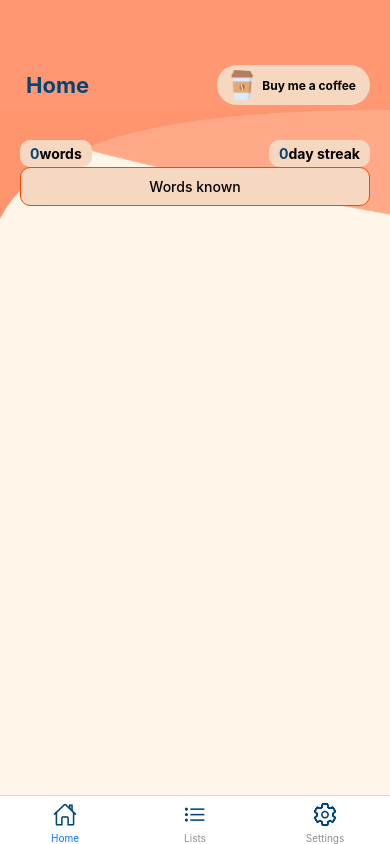
Repository: David-Waite/SpellingApp
Screen: /
An editor plug-in stored every save of this project. The screen is shown before and after the next save, followed by the edit.
The app was drawn by React Native's web renderer in a window 390 px wide. The project was rebuilt for these pictures with package versions that can differ from the ones it lists, and the page was loaded fresh each time. Also part of the build but not shown: screens/Settings.js, screens/SpellWord.js, screens/WordsLearnt.js, screens/WordListOverview.js, screens/WordLists.js, screens/Donate.js.

Above is the screen before, as saved 2023-06-22 22:24:27.

### App.js
import { NavigationContainer } from "@react-navigation/native";
import { StatusBar } from "expo-status-bar";
import { StyleSheet } from "react-native";
import { Ionicons } from "@expo/vector-icons";

import Home from "./screens/Home";
import Settings from "./screens/Settings";
import SpellWord from "./screens/SpellWord";
import WordsLearnt from "./screens/WordsLearnt";
import WordListOverview from "./screens/WordListOverview";
import WordLists from "./screens/WordLists";
import Donate from "./screens/Donate";

import { createStackNavigator } from "@react-navigation/stack";
import { createBottomTabNavigator } from "@react-navigation/bottom-tabs";
import { GlobalStyles } from "./constants/styles";

import CoffeeBtn from "./components/ui/CoffeeBtn";

const BottomTabs = createBottomTabNavigator();
const Stack = createStackNavigator();

function BottomTabsScreens() {
  return (
    <BottomTabs.Navigator>
      <BottomTabs.Screen
        name="Home"
        component={Home}
        headerShadowVisible={false}
        options={({ navigation }) => ({
          headerRight: () => (
            <CoffeeBtn
              onPress={() => {
                navigation.navigate("Donate");
              }}
            />
          ),
          title: "Home",
          tabBarLabel: "Home",
          headerTitleAlign: "left",
          headerShadowVisible: false,
          headerTitleStyle: {
            color: GlobalStyles.colors.accent500,
            fontSize: 22,
            marginLeft: 10,
            fontWeight: 700,
            marginBottom: -60,
          },
          headerStyle: {
            backgroundColor: GlobalStyles.colors.primary400,
            height: 110,
          },

          tabBarIcon: ({ color, size }) => (
            <Ionicons
              name="home-outline"
              size={size}
              color={GlobalStyles.colors.accent500}
            />
          ),
        })}
      />
      <BottomTabs.Screen
        name="WordLists"
        component={WordLists}
        options={{
          title: "Word Lists",
          tabBarLabel: "Lists",
          tabBarIcon: ({ color, size }) => (
            <Ionicons
              name="list-outline"
              size={size}
              color={GlobalStyles.colors.accent500}
            />
          ),
        }}
      />
      <BottomTabs.Screen
        name="Settings"
        component={Settings}
        options={{
          title: "Settings",
          tabBarLabel: "Settings",
          tabBarIcon: ({ color, size }) => (
            <Ionicons
              name="settings-outline"
              size={size}
              color={GlobalStyles.colors.accent500}
            />
          ),
        }}
      />
    </BottomTabs.Navigator>
  );
}
export default function App() {
  return (
    <>
      <StatusBar style="light" />
      <NavigationContainer>
        <Stack.Navigator>
          <Stack.Screen
            name="BottomTabsScreen"
            component={BottomTabsScreens}
            options={{ headerShown: false }}
          />
          <Stack.Screen
            name="WordsLearnt"
            component={WordsLearnt}
            options={{ presentation: "modal" }}
          />
          <Stack.Screen name="WordListOverview" component={WordListOverview} />
          <Stack.Screen
            name="SpellWord"
            component={SpellWord}
            options={{ presentation: "modal" }}
          />
          <Stack.Screen
            name="Donate"
            component={Donate}
            options={{ presentation: "modal" }}
          />
        </Stack.Navigator>
      </NavigationContainer>
    </>
  );
}

const styles = StyleSheet.create({
  container: {
    flex: 1,
    backgroundColor: "#fff",
    alignItems: "center",
    justifyContent: "center",
  },
});

### screens/Home.js
import { ImageBackground, Text, View } from "react-native";
import { Dimensions } from "react-native";

import { StyleSheet } from "react-native";
import { GlobalStyles } from "../constants/styles";

import WordsLearntCard from "../components/ui/WordsLearntCard";
import StatBtn from "../components/ui/Home/StatBtn";

const windowWidth = Dimensions.get("window").width;
const windowHeight = Dimensions.get("window").height;
const imageHeight = windowWidth / 3.5;

function Home({ navigation }) {
  return (
    <View style={styles.imageContainer}>
      <ImageBackground
        style={styles.ImageBackground}
        source={require("../images/SpellingAppHeaderBackground.png")}
      >
        <View style={styles.container}>
          <View style={styles.statContainer}>
            <StatBtn stat={0} text="words" />
            <StatBtn stat={0} text="day streak" />
          </View>
          <WordsLearntCard navigation={navigation} />
        </View>
      </ImageBackground>
    </View>
  );
}

export default Home;

const styles = StyleSheet.create({
  imageContainer: {
    flex: 1,
    backgroundColor: GlobalStyles.colors.background,
  },
  statContainer: {
    flexDirection: "row",
    justifyContent: "space-between",
  },
  container: {
    padding: 20,
    paddingTop: 30,
  },
  ImageBackground: {
    resizeMode: "contain",
    width: windowWidth,
    height: imageHeight,
  },
});

### constants/styles.js
export const GlobalStyles = {
  colors: {
    background: "#FFF6E9",
    primary50: "#FFF0E5",
    primary100: "#F6D7BF",
    primary100Dark: "#c7ad99",
    primary300: "#FFA989",
    primary400: "#FF9872",
    primary500: "#FF946E",
    primary800: "#FF4400",
    accent500: "#00467B",
    success500: "#0A8900",
    error500: "#FF0000",
  },
};

### components/ui/CoffeeBtn.js
import { Image } from "react-native";
import { StyleSheet } from "react-native";
import { Pressable } from "react-native";
import { View, Text } from "react-native";
import { GlobalStyles } from "../../constants/styles";

function CoffeeBtn({ onPress }) {
  return (
    <Pressable
      onPress={onPress}
      style={({ pressed }) => [styles.conatiner, pressed && styles.pressed]}
    >
      <View style={styles.layoutConatiner}>
        <Image
          style={styles.coffee}
          source={require("../../images/coffee-cup.png")}
        />
        <Text style={styles.text}>Buy me a coffee</Text>
      </View>
    </Pressable>
  );
}

export default CoffeeBtn;

const styles = StyleSheet.create({
  conatiner: {
    backgroundColor: GlobalStyles.colors.primary100,
    borderRadius: 20,
    paddingLeft: 10,
    paddingRight: 14,
    paddingVertical: 5,
    marginRight: 20,
    marginBottom: -60,
  },
  layoutConatiner: {
    flexDirection: "row",
    alignItems: "center",
    gap: 5,
  },
  text: {
    fontSize: 12,
    fontWeight: 700,
  },
  coffee: {
    width: 30,
    height: 30,
  },
  pressed: {
    backgroundColor: GlobalStyles.colors.primary100Dark,
    borderRadius: 20,
  },
});

### components/ui/WordsLearntCard.js
import { Text, StyleSheet } from "react-native";

import { GlobalStyles } from "../../constants/styles";
import { Pressable } from "react-native";
import { View } from "react-native";

function WordsLearntCard({ navigation }) {
  return (
    <Pressable onPress={() => navigation.navigate("WordsLearnt")}>
      <View style={styles.container}>
        <Text style={styles.WordsKnownText}>Words known</Text>
      </View>
    </Pressable>
  );
}

export default WordsLearntCard;

const styles = StyleSheet.create({
  container: {
    backgroundColor: GlobalStyles.colors.primary100,
    paddingHorizontal: 10,
    paddingVertical: 10,
    borderRadius: 10,
    borderColor: GlobalStyles.colors.primary800,
    borderWidth: 1,
  },
  WordsKnownText: {
    textAlign: "center",
    fontWeight: "500",
  },
  pressed: {
    opacity: 0.75,
  },
});

### components/ui/Home/StatBtn.js
import { StyleSheet } from "react-native";
import { Text, View } from "react-native";
import { GlobalStyles } from "../../../constants/styles";

function StatBtn({ stat, text }) {
  return (
    <View style={styles.container}>
      <Text style={styles.stat}>
        {stat}
        <Text style={styles.text}>{text}</Text>
      </Text>
    </View>
  );
}

export default StatBtn;

const styles = StyleSheet.create({
  container: {
    flexDirection: "row",
    gap: 10,
    backgroundColor: GlobalStyles.colors.primary100,
    borderRadius: 10,
    paddingHorizontal: 10,
    paddingVertical: 5,
  },
  stat: {
    color: GlobalStyles.colors.accent500,
    fontWeight: "bold",
  },
  text: {
    color: "black",
  },
});

After the next save:
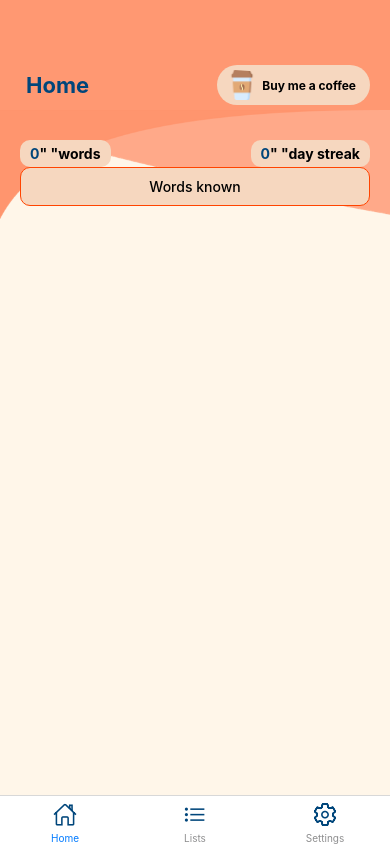
Saved 7 s later.
--- a/components/ui/Home/StatBtn.js
+++ b/components/ui/Home/StatBtn.js
@@ -7,7 +7,7 @@ function StatBtn({ stat, text }) {
     <View style={styles.container}>
       <Text style={styles.stat}>
         {stat}
-        <Text style={styles.text}>{text}</Text>
+        <Text style={styles.text}>" "{text}</Text>
       </Text>
     </View>
   );
